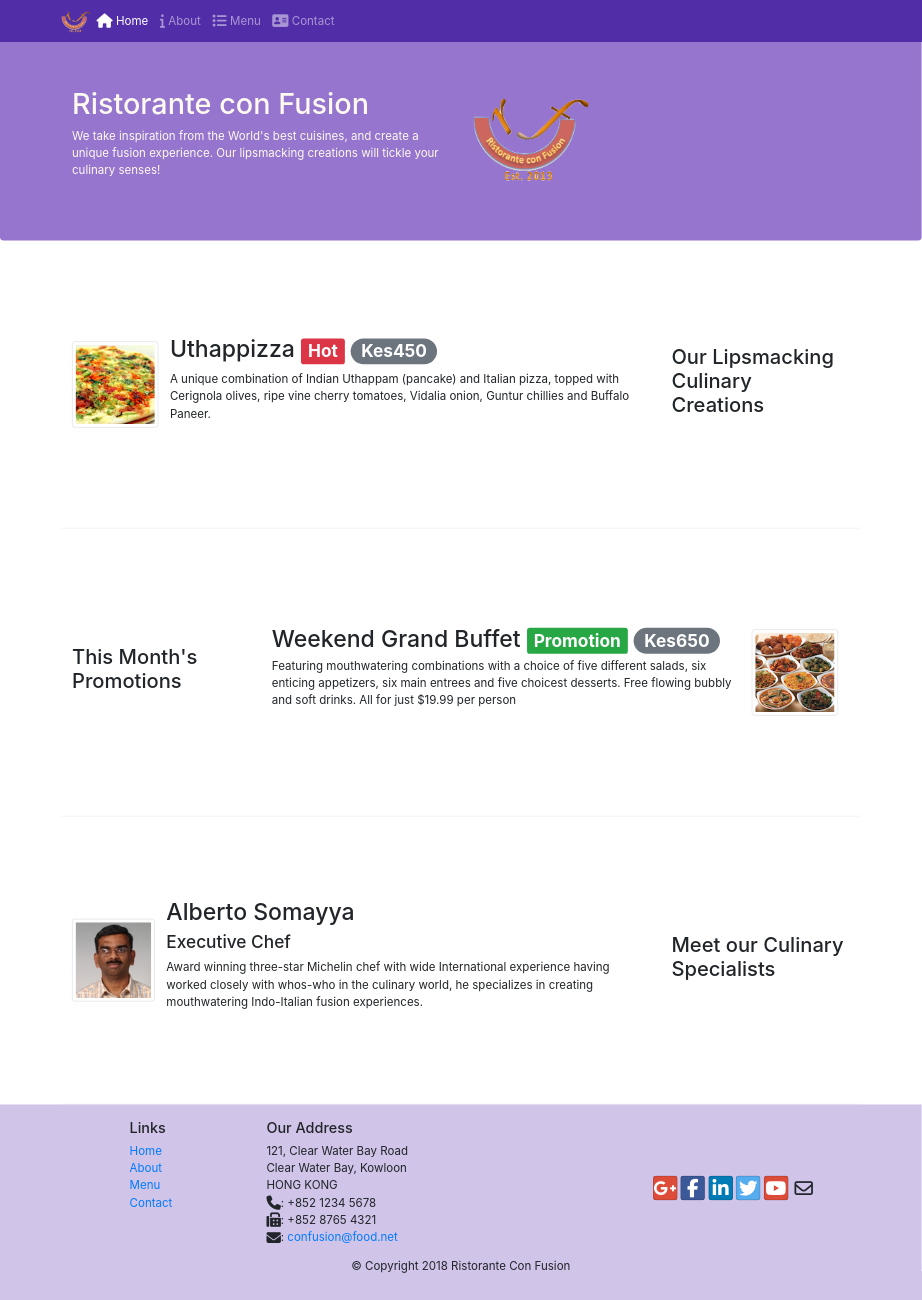
Repository: Samkiroko/Boostrap_intro
Page: index.html
An editor plug-in stored every save of this project. The page is shown before and after the next save, followed by the edit.
The browser window is 1280 px wide. The pictures show the whole page, at 72% of full size.
Some web libraries are served in a nearby version.

Above is the page before, as saved 2020-02-01 11:49:37.

### index.html
<!DOCTYPE html>
<html lang="en">
  <head>
    <!-- Required meta tags always come first -->
    <meta charset="utf-8" />
    <meta
      name="viewport"
      content="width=device-width, initial-scale=1, shrink-to-fit=no"
    />
    <meta http-equiv="x-ua-compatible" content="ie=edge" />

    <!-- Bootstrap CSS -->

    <link
      rel="stylesheet"
      href="https://stackpath.bootstrapcdn.com/bootstrap/4.4.1/css/bootstrap.min.css"
      integrity="sha384-Vkoo8x4CGsO3+Hhxv8T/Q5PaXtkKtu6ug5TOeNV6gBiFeWPGFN9MuhOf23Q9Ifjh"
      crossorigin="anonymous"
    />
    <link
      rel="stylesheet"
      href="node_modules/font-awesome/css/font-awesome.min.css"
    />
    <link
      rel="stylesheet"
      href="node_modules/bootstrap-social/bootstrap-social.css"
    />
    <link rel="stylesheet" href="css/style.css" />
    <title>Ristorante Con Fusion</title>
  </head>

  <body>
    <nav class="navbar navbar-dark navbar-expand-sm  fixed-top">
      <div class="container">
        <button
          class="navbar-toggler"
          type="button"
          data-toggle="collapse"
          data-target="#Navbar"
        >
          <span class="navbar-toggler-icon"></span>
        </button>
        <a href="#" class="navbar-brand mr-auto"
          ><img src="img/logo.png" height="30" width="41" alt=""
        /></a>
        <div class="collapse navbar-collapse" id="Navbar">
          <ul class="navbar-nav mr-auto">
            <li class="nav-item active">
              <a href="#" class="nav-link"
                ><span class="fa fa-home fa-lg"></span> Home</a
              >
            </li>
            <li class="nav-item">
              <a href="/about-us.html" class="nav-link"
                ><span class="fa fa-info fa-lg"></span> About</a
              >
            </li>
            <li class="nav-item">
              <a href="#" class="nav-link"
                ><span class="fa fa-list fa-lg"></span> Menu</a
              >
            </li>
            <li class="nav-item">
              <a href="/contactus.html" class="nav-link"
                ><span class="fa fa-address-card fa-lg"></span> Contact</a
              >
            </li>
          </ul>
        </div>
      </div>
    </nav>
    <header class="jumbotron">
      <div class="container">
        <div class="row row-header">
          <div class="col-12 col-sm-6">
            <h1>Ristorante con Fusion</h1>
            <p>
              We take inspiration from the World's best cuisines, and create a
              unique fusion experience. Our lipsmacking creations will tickle
              your culinary senses!
            </p>
          </div>
          <div class="col-12 col-sm align-self-center">
            <img src="img/logo.png" alt="Ristorante logo" class="img-fluid" />
          </div>
        </div>
      </div>
    </header>

    <div class="container">
      <div class="row row-content align-items-center">
        <div class="col-12 col-sm-4 order-sm-last col-md-3">
          <h3>Our Lipsmacking Culinary Creations</h3>
        </div>
        <div class="col col-sm order-sm-first col-md">
          <div class="media">
            <img
              class="d-flex mr-3 img-thumbnail align-self-center"
              src="img/uthappizza.png"
              alt="uthappizza"
            />
            <div class="media-body">
              <h2 class="mt-0">
                Uthappizza <span class="badge badge-danger">Hot</span>
                <span class="badge badge-pill badge-secondary">Kes450</span>
              </h2>
              <p class="d-none d-sm-block">
                A unique combination of Indian Uthappam (pancake) and Italian
                pizza, topped with Cerignola olives, ripe vine cherry tomatoes,
                Vidalia onion, Guntur chillies and Buffalo Paneer.
              </p>
            </div>
          </div>
        </div>
      </div>

      <div class="row row-content align-items-center">
        <div class="col-12 col-sm-4 col-md-3">
          <h3>
            This Month's Promotions
          </h3>
        </div>
        <div class="col col-sm col-md">
          <div class="media">
            <div class="media-body">
              <h2 class="mt-0 mb-1">
                Weekend Grand Buffet
                <span class="badge badge-success">Promotion</span>
                <span class="badge badge-pill badge-secondary">Kes650</span>
              </h2>
              <p class="d-none d-sm-block">
                Featuring mouthwatering combinations with a choice of five
                different salads, six enticing appetizers, six main entrees and
                five choicest desserts. Free flowing bubbly and soft drinks. All
                for just $19.99 per person
              </p>
            </div>
            <img
              class="d-flex mr-3 img-thumbnail align-self-center"
              src="img/buffet.png"
              alt="buffet"
            />
          </div>
        </div>
      </div>

      <div class="row row-content align-items-center">
        <div class="col-12 col-sm-4 order-sm-last col-md-3">
          <h3>Meet our Culinary Specialists</h3>
        </div>
        <div class="col col-sm order-sm-first col-md">
          <div class="media">
            <img
              class="d-flex mr-3 img-thumbnail align-self-center"
              src="img/alberto.png"
              alt="Alberto Somayya"
            />
            <div class="media-body">
              <h2 class="mt-0">Alberto Somayya</h2>
              <h4>Executive Chef</h4>
              <p class="d-none d-sm-block">
                Award winning three-star Michelin chef with wide International
                experience having worked closely with whos-who in the culinary
                world, he specializes in creating mouthwatering Indo-Italian
                fusion experiences.
              </p>
            </div>
          </div>
        </div>
      </div>
    </div>

    <footer class="footer">
      <div class="container">
        <div class="row">
          <div class="col-4 offset-1 col-sm-2">
            <h5>Links</h5>
            <ul class="list-unstyled">
              <li><a href="#">Home</a></li>
              <li><a href="/about-us.html">About</a></li>
              <li><a href="#">Menu</a></li>
              <li><a href="#">Contact</a></li>
            </ul>
          </div>
          <div class="col-7 col-sm-5">
            <h5>Our Address</h5>
            <address>
              121, Clear Water Bay Road<br />
              Clear Water Bay, Kowloon<br />
              HONG KONG<br />
              <i class="fa fa-phone fa-lg"></i>: +852 1234 5678<br />
              <i class="fa fa-fax fa-lg"></i>: +852 8765 4321<br />
              <i class="fa fa-envelope fa-lg"></i>:
              <a href="mailto:confusion@food.net">confusion@food.net</a>
            </address>
          </div>
          <div class="col-12 col-sm-4 align-self-center">
            <div class="text-center">
              <div class="text-center">
                <a
                  class="btn btn-social-icon btn-google"
                  href="http://google.com/+"
                  ><i class="fa fa-google-plus"></i
                ></a>
                <a
                  class="btn btn-social-icon btn-facebook"
                  href="http://www.facebook.com/profile.php?id="
                  ><i class="fa fa-facebook"></i
                ></a>
                <a
                  class="btn btn-social-icon btn-linkedin"
                  href="http://www.linkedin.com/in/"
                  ><i class="fa fa-linkedin"></i
                ></a>
                <a
                  class="btn btn-social-icon btn-twitter"
                  href="http://twitter.com/"
                  ><i class="fa fa-twitter"></i
                ></a>
                <a
                  class="btn btn-social-icon btn-google"
                  href="http://youtube.com/"
                  ><i class="fa fa-youtube"></i
                ></a>
                <a class="btn btn-social-icon" href="mailto:"
                  ><i class="fa fa-envelope-o"></i
                ></a>
              </div>
            </div>
          </div>
        </div>
        <div class="row  justify-content-center">
          <div class="col-auto">
            <p>© Copyright 2018 Ristorante Con Fusion</p>
          </div>
        </div>
      </div>
    </footer>

    <!-- Optional JavaScript -->
    <!-- jQuery first, then Popper.js, then Bootstrap JS -->
    <script
      src="https://code.jquery.com/jquery-3.4.1.slim.min.js"
      integrity="sha384-J6qa4849blE2+poT4WnyKhv5vZF5SrPo0iEjwBvKU7imGFAV0wwj1yYfoRSJoZ+n"
      crossorigin="anonymous"
    ></script>
    <script
      src="https://cdn.jsdelivr.net/npm/popper.js@1.16.0/dist/umd/popper.min.js"
      integrity="sha384-Q6E9RHvbIyZFJoft+2mJbHaEWldlvI9IOYy5n3zV9zzTtmI3UksdQRVvoxMfooAo"
      crossorigin="anonymous"
    ></script>
    <script
      src="https://stackpath.bootstrapcdn.com/bootstrap/4.4.1/js/bootstrap.min.js"
      integrity="sha384-wfSDF2E50Y2D1uUdj0O3uMBJnjuUD4Ih7YwaYd1iqfktj0Uod8GCExl3Og8ifwB6"
      crossorigin="anonymous"
    ></script>
  </body>
</html>

### css/style.css
body {
  padding: 50px 0px 0px 0px;
  z-index: 0;
}

.navbar-dark {
  background-color: #512da8;
}

.row-header {
  margin: 0px auto;
  padding: 0px auto;
}

.row-content {
  margin: 0px auto;
  padding: 50px 0px 50px 0px;
  border-bottom: 1px ridge;
  min-height: 400px;
}
.footer {
  background-color: #d1c4e9;
  margin: 0px auto;
  padding: 20px 0px 20px 0px;
}
.jumbotron {
  padding: 70px 30px 70px 30px;
  margin: 0px auto;
  background-color: #9575cd;
  color: floralwhite;
}
.address {
  font-size: 80%;
  margin: 0px;
  color: #0f0f0f;
}

Loaded but not shown: css/bootstrap-social.css (library)

After the next save:
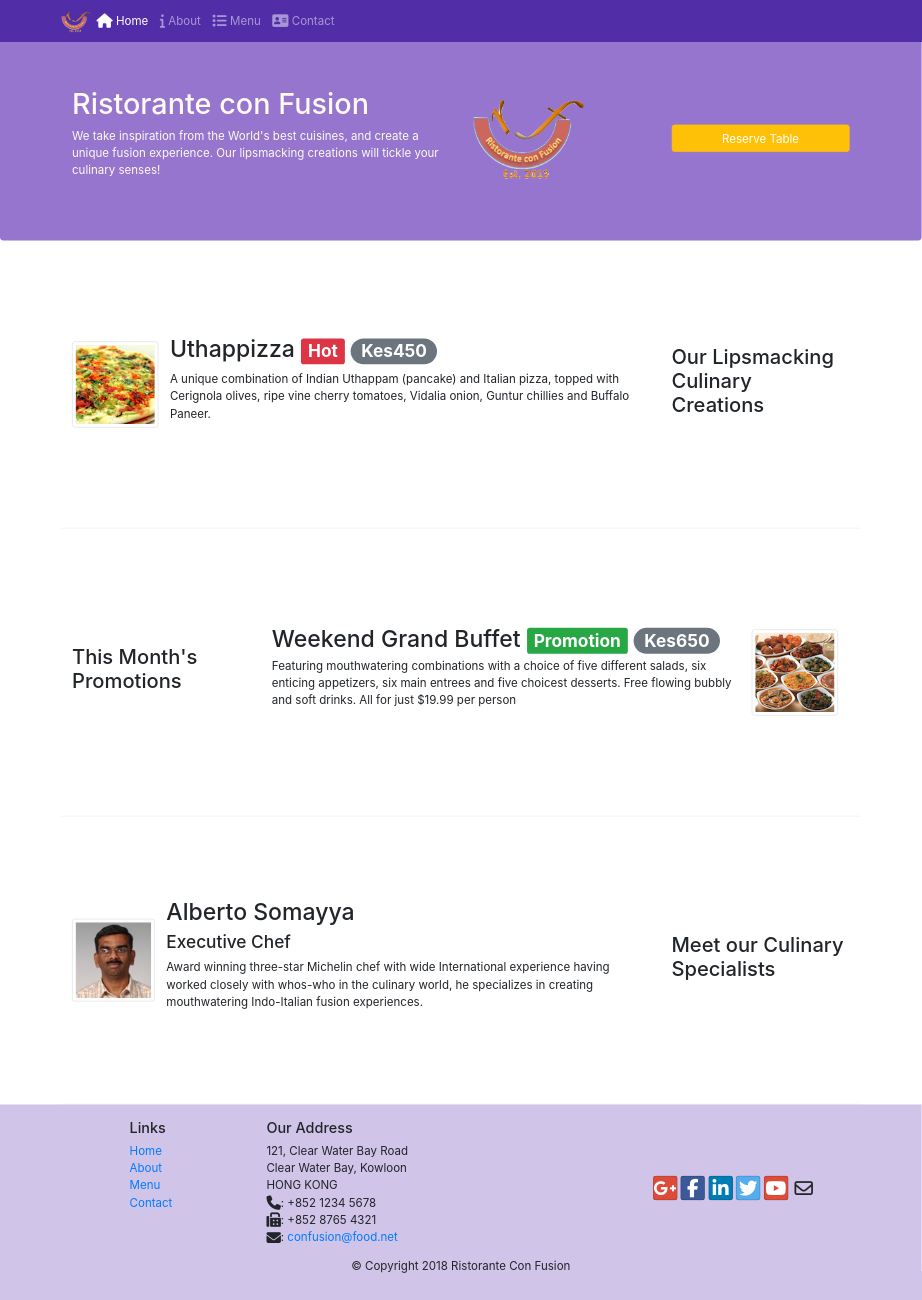
Saved 84 s later.
--- a/index.html
+++ b/index.html
@@ -30,7 +30,7 @@
   </head>
 
   <body>
-    <nav class="navbar navbar-dark navbar-expand-sm  fixed-top">
+    <nav class="navbar navbar-dark navbar-expand-sm fixed-top">
       <div class="container">
         <button
           class="navbar-toggler"
@@ -40,28 +40,32 @@
         >
           <span class="navbar-toggler-icon"></span>
         </button>
-        <a href="#" class="navbar-brand mr-auto"
-          ><img src="img/logo.png" height="30" width="41" alt=""
+        <a class="navbar-brand mr-auto" href="#"
+          ><img
+            src="img/logo.png"
+            alt="Ristorante Con Fusion"
+            height="30"
+            width="41"
         /></a>
         <div class="collapse navbar-collapse" id="Navbar">
           <ul class="navbar-nav mr-auto">
             <li class="nav-item active">
-              <a href="#" class="nav-link"
+              <a class="nav-link" href="#"
                 ><span class="fa fa-home fa-lg"></span> Home</a
               >
             </li>
             <li class="nav-item">
-              <a href="/about-us.html" class="nav-link"
+              <a class="nav-link" href="./aboutus.html"
                 ><span class="fa fa-info fa-lg"></span> About</a
               >
             </li>
             <li class="nav-item">
-              <a href="#" class="nav-link"
+              <a class="nav-link" href="#"
                 ><span class="fa fa-list fa-lg"></span> Menu</a
               >
             </li>
             <li class="nav-item">
-              <a href="/contactus.html" class="nav-link"
+              <a class="nav-link" href="./contactus.html"
                 ><span class="fa fa-address-card fa-lg"></span> Contact</a
               >
             </li>
@@ -72,7 +76,7 @@
     <header class="jumbotron">
       <div class="container">
         <div class="row row-header">
-          <div class="col-12 col-sm-6">
+          <div class="col-12 col-sm-6 col-md-6">
             <h1>Ristorante con Fusion</h1>
             <p>
               We take inspiration from the World's best cuisines, and create a
@@ -80,8 +84,22 @@
               your culinary senses!
             </p>
           </div>
-          <div class="col-12 col-sm align-self-center">
-            <img src="img/logo.png" alt="Ristorante logo" class="img-fluid" />
+          <div class="col-12 col-sm-3 col-md-3 align-self-center">
+            <img
+              src="img/logo.png"
+              width="160"
+              alt="Ristorante con Fusion"
+              class="img-fluid"
+            />
+          </div>
+          <div class="col-12 col-sm-3 col-md-3 align-self-center">
+            <a
+              type="button"
+              href="#reserve_form"
+              class="btn btn-primary bg-warning border-warning"
+              style="width: 100%"
+              >Reserve Table</a
+            >
           </div>
         </div>
       </div>
